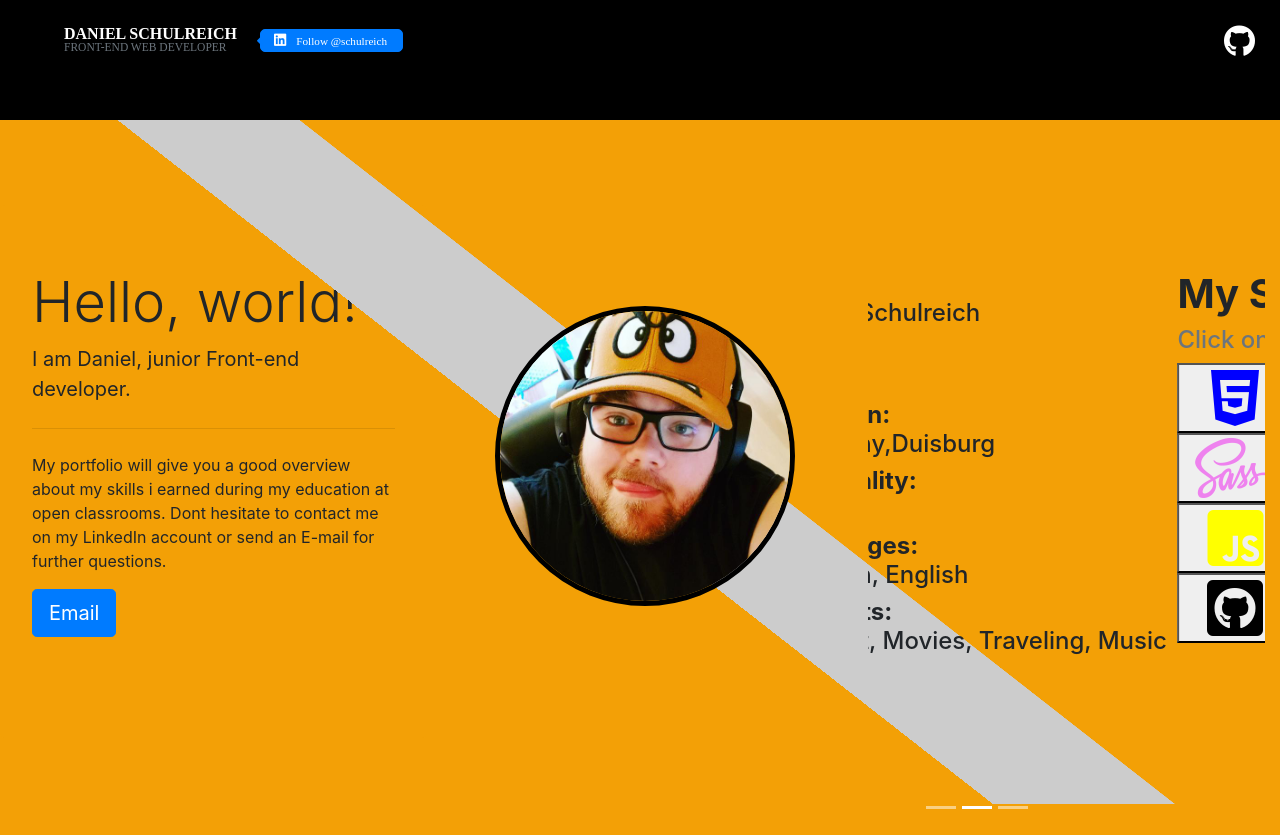
Repository: schulreich/my_portfolio
Page: index.html
An editor plug-in stored every save of this project. The page is shown before and after the next save, followed by the edit.
The browser window is 1280 px wide. The pictures show the whole page.
Some web fonts or font styles are not loaded; a fallback is used. Some web libraries are served in a nearby version.

Above is the page before, as saved 2020-06-19 23:20:02.

After the next save:
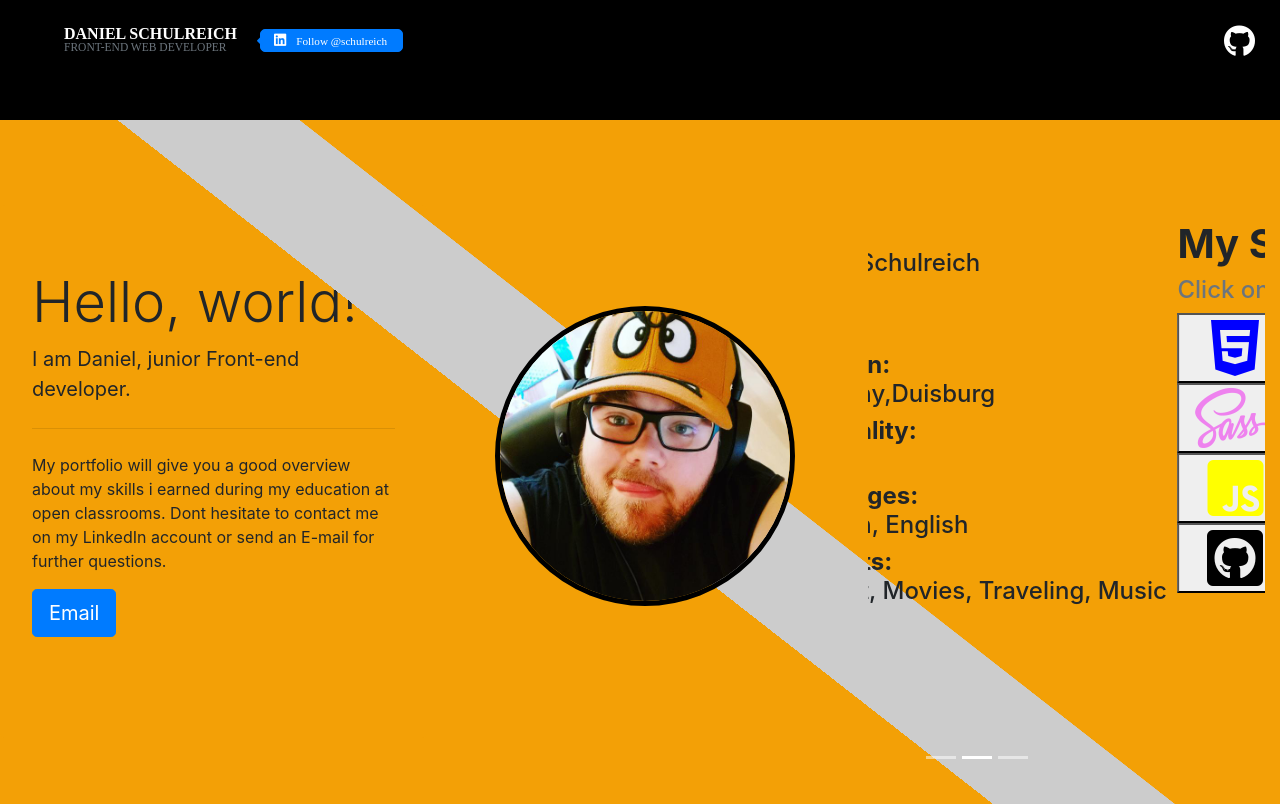
Saved 7 min 14 s later.
--- a/css/main.css
+++ b/css/main.css
@@ -166,7 +166,7 @@
 }
 .intro-section .personal-information {
   position: relative;
-  top: 150px;
+  top: 100px;
   animation: myfade 5s 1 ease;
   transition-delay: 3s;
 }
